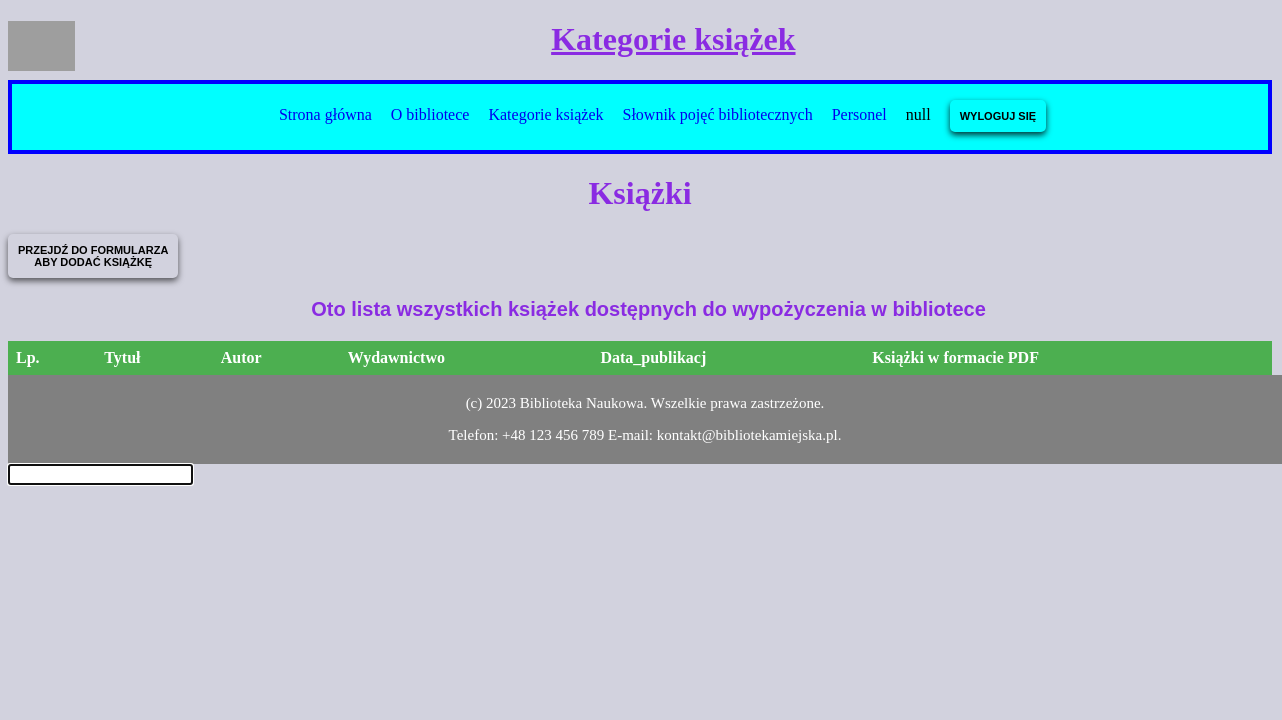
Repository: Dominik098/projekt
Page: http://localhost/biblioteka/C_Kategorie książek.jsp
The author's editor kept a copy of each file at every save. The page is drawn from the files as they stood at one save, then again after the next save.
The browser window is 1280 px wide. The page is 1282 px wide, so the pictures cover 1282 px, including what lies to the right of the window. The pictures show the whole page.
After loading, the first visible `button.dodanie` was clicked once.
Pictures or frames that could not be fetched are drawn as grey boxes. The page is served by Tomcat 9. Queries for data that is not in the repository find no rows.

Above is the page before, as saved 2023-06-01 17:10:43.

After the next save:
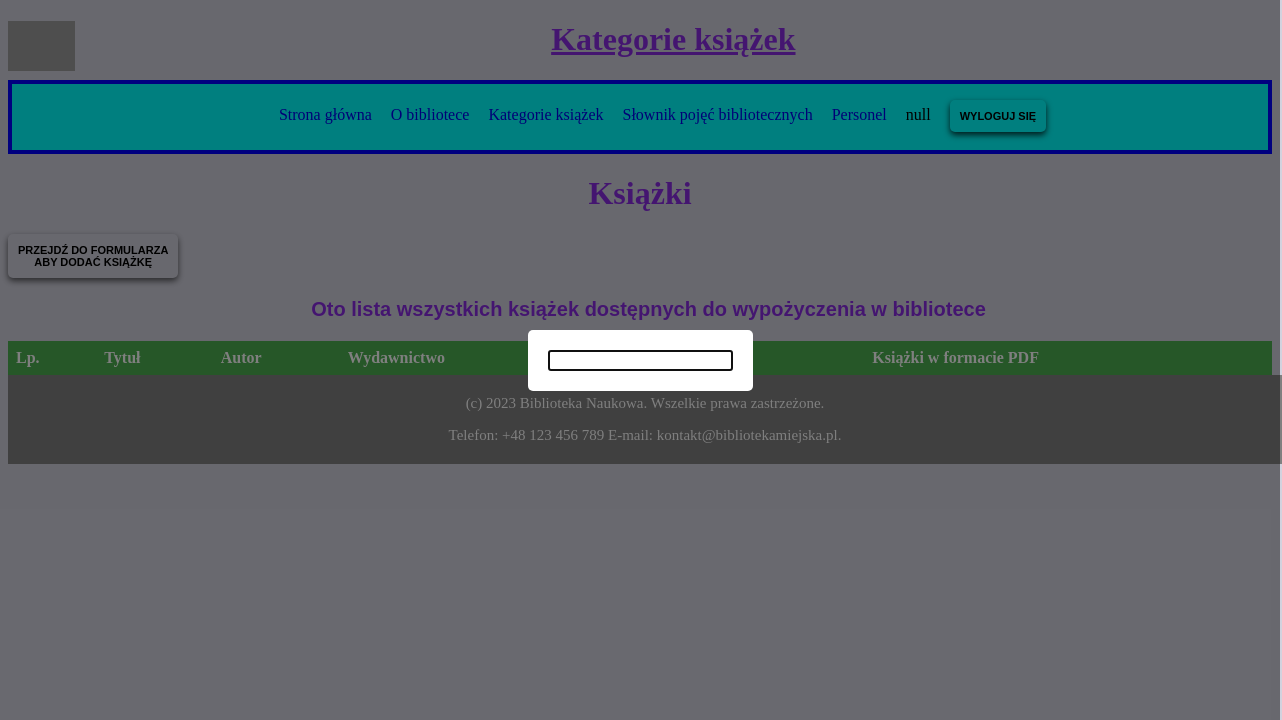
Saved 2 min 42 s later.
--- a/java projekt/biblioteka/src/main/webapp/C_Kategorie książek.jsp
+++ b/java projekt/biblioteka/src/main/webapp/C_Kategorie książek.jsp
@@ -64,8 +64,24 @@
     var passwordField = document.createElement('input');
     passwordField.setAttribute('type', 'password');
 
-    var promptContainer = document.createElement('a');
-    promptContainer.appendChild(passwordField);
+    var promptContainer = document.createElement('div');
+    promptContainer.style.position = 'absolute';
+    promptContainer.style.top = '0';
+    promptContainer.style.left = '0';
+    promptContainer.style.display = 'flex';
+    promptContainer.style.justifyContent = 'center';
+    promptContainer.style.alignItems = 'center';
+    promptContainer.style.width = '100%';
+    promptContainer.style.height = '100%';
+    promptContainer.style.backgroundColor = 'rgba(0, 0, 0, 0.5)';
+
+    var promptBox = document.createElement('div');
+    promptBox.style.backgroundColor = '#fff';
+    promptBox.style.padding = '20px';
+    promptBox.style.borderRadius = '5px';
+
+    promptBox.appendChild(passwordField);
+    promptContainer.appendChild(promptBox);
     document.body.appendChild(promptContainer);
 
     passwordField.focus();
@@ -94,6 +110,7 @@
     return false;
   }
 </script>
+
 
 
 
